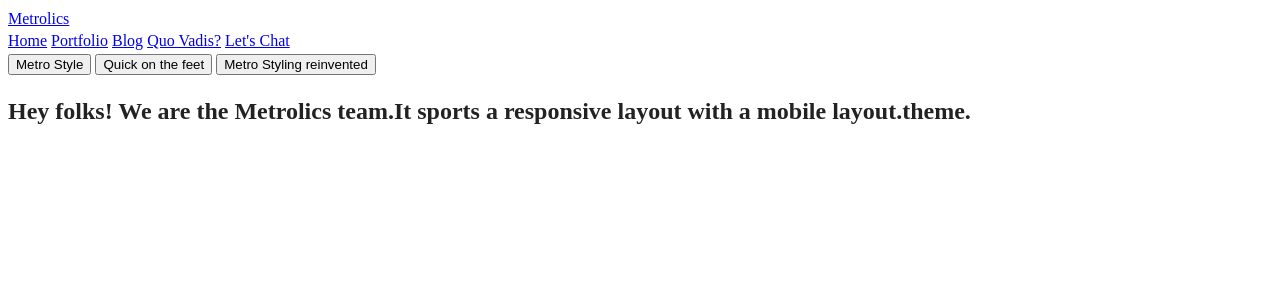
Repository: Angehyy/wk02_site
Page: index.html
An editor plug-in stored every save of this project. The page is shown before and after a run of saves, followed by the edit.
The browser window is 1280 px wide. The pictures show the whole page.

Above is the page before, as saved 2025-01-19 19:20:24.

### index.html
<!doctype html>
<html class="no-js" lang="">

<head>
  <meta charset="utf-8">
  <meta name="viewport" content="width=device-width, initial-scale=1">
  <title>Metrolics</title>
  <link rel="stylesheet" href="css/style.css">
  <meta name="description" content="Learn about Metrolics">

  <meta property="og:title" content="">
  <meta property="og:type" content="">
  <meta property="og:url" content="">
  <meta property="og:image" content="">
  <meta property="og:image:alt" content="">

  <link rel="icon" href="/favicon.ico" sizes="any">
  <link rel="icon" href="/icon.svg" type="image/svg+xml">
  <link rel="apple-touch-icon" href="icon.png">

  <link rel="manifest" href="site.webmanifest">
  <meta name="theme-color" content="#fafafa">
</head>

<body>
  <header>
    <div>
      <a href="#default">Metrolics</a>
      <div>
        <a href="#home">Home</a>
        <a href="#portfolio">Portfolio</a>
        <a href="#blog">Blog</a>
        <a href="#quovadis">Quo Vadis?</a>
        <a href="chat">Let's Chat</a>
      </div>
    </div>
  </header>

  <main>
    <div>
      <button>Metro Style</button>
      <button>Quick on the feet</button>
      <button>Metro Styling reinvented</button>
      <img src="" alt="">
    </div>

    <h2>Hey folks! We are the Metrolics team.It sports a responsive layout with a mobile layout.theme.</h2>
  </main>

  <script src="js/app.js"></script>

</body>

</html>

### css/style.css
/*! HTML5 Boilerplate v9.0.1 | MIT License | https://html5boilerplate.com/ */

/* main.css 3.0.0 | MIT License | https://github.com/h5bp/main.css#readme */
/*
 * What follows is the result of much research on cross-browser styling.
 * Credit left inline and big thanks to Nicolas Gallagher, Jonathan Neal,
 * Kroc Camen, and the H5BP dev community and team.
 */

/* ==========================================================================
   Base styles: opinionated defaults
   ========================================================================== */

html {
  color: #222;
  font-size: 1em;
  line-height: 1.4;
}

/*
 * Remove text-shadow in selection highlight:
 * https://twitter.com/miketaylr/status/12228805301
 *
 * Customize the background color to match your design.
 */

::-moz-selection {
  background: #b3d4fc;
  text-shadow: none;
}

::selection {
  background: #b3d4fc;
  text-shadow: none;
}

/*
 * A better looking default horizontal rule
 */

hr {
  display: block;
  height: 1px;
  border: 0;
  border-top: 1px solid #ccc;
  margin: 1em 0;
  padding: 0;
}

/*
 * Remove the gap between audio, canvas, iframes,
 * images, videos and the bottom of their containers:
 * https://github.com/h5bp/html5-boilerplate/issues/440
 */

audio,
canvas,
iframe,
img,
svg,
video {
  vertical-align: middle;
}

/*
 * Remove default fieldset styles.
 */

fieldset {
  border: 0;
  margin: 0;
  padding: 0;
}

/*
 * Allow only vertical resizing of textareas.
 */

textarea {
  resize: vertical;
}

/* ==========================================================================
   Author's custom styles
   ========================================================================== */

/* ==========================================================================
   Helper classes
   ========================================================================== */

/*
 * Hide visually and from screen readers
 */

.hidden,
[hidden] {
  display: none !important;
}

/*
 * Hide only visually, but have it available for screen readers:
 * https://snook.ca/archives/html_and_css/hiding-content-for-accessibility
 *
 * 1. For long content, line feeds are not interpreted as spaces and small width
 *    causes content to wrap 1 word per line:
 *    https://medium.com/@jessebeach/beware-smushed-off-screen-accessible-text-5952a4c2cbfe
 */

.visually-hidden {
  border: 0;
  clip: rect(0, 0, 0, 0);
  height: 1px;
  margin: -1px;
  overflow: hidden;
  padding: 0;
  position: absolute;
  white-space: nowrap;
  width: 1px;
  /* 1 */
}

/*
 * Extends the .visually-hidden class to allow the element
 * to be focusable when navigated to via the keyboard:
 * https://www.drupal.org/node/897638
 */

.visually-hidden.focusable:active,
.visually-hidden.focusable:focus {
  clip: auto;
  height: auto;
  margin: 0;
  overflow: visible;
  position: static;
  white-space: inherit;
  width: auto;
}

/*
 * Hide visually and from screen readers, but maintain layout
 */

.invisible {
  visibility: hidden;
}

/*
 * Clearfix: contain floats
 *
 * The use of `table` rather than `block` is only necessary if using
 * `::before` to contain the top-margins of child elements.
 */

.clearfix::before,
.clearfix::after {
  content: "";
  display: table;
}

.clearfix::after {
  clear: both;
}

/* ==========================================================================
   EXAMPLE Media Queries for Responsive Design.
   These examples override the primary ('mobile first') styles.
   Modify as content requires.
   ========================================================================== */

@media only screen and (min-width: 35em) {
  /* Style adjustments for viewports that meet the condition */
}

@media print,
  (-webkit-min-device-pixel-ratio: 1.25),
  (min-resolution: 1.25dppx),
  (min-resolution: 120dpi) {
  /* Style adjustments for high resolution devices */
}

/* ==========================================================================
   Print styles.
   Inlined to avoid the additional HTTP request:
   https://www.phpied.com/delay-loading-your-print-css/
   ========================================================================== */

@media print {
  *,
  *::before,
  *::after {
    background: #fff !important;
    color: #000 !important;
    /* Black prints faster */
    box-shadow: none !important;
    text-shadow: none !important;
  }

  a,
  a:visited {
    text-decoration: underline;
  }

  a[href]::after {
    content: " (" attr(href) ")";
  }

  abbr[title]::after {
    content: " (" attr(title) ")";
  }

  /*
   * Don't show links that are fragment identifiers,
   * or use the `javascript:` pseudo protocol
   */
  a[href^="#"]::after,
  a[href^="javascript:"]::after {
    content: "";
  }

  pre {
    white-space: pre-wrap !important;
  }

  pre,
  blockquote {
    border: 1px solid #999;
    page-break-inside: avoid;
  }

  tr,
  img {
    page-break-inside: avoid;
  }

  p,
  h2,
  h3 {
    orphans: 3;
    widows: 3;
  }

  h2,
  h3 {
    page-break-after: avoid;
  }
}

Loaded but not shown: js/app.js (no stored copy; drawn as an empty file)

After the next 2 saves:
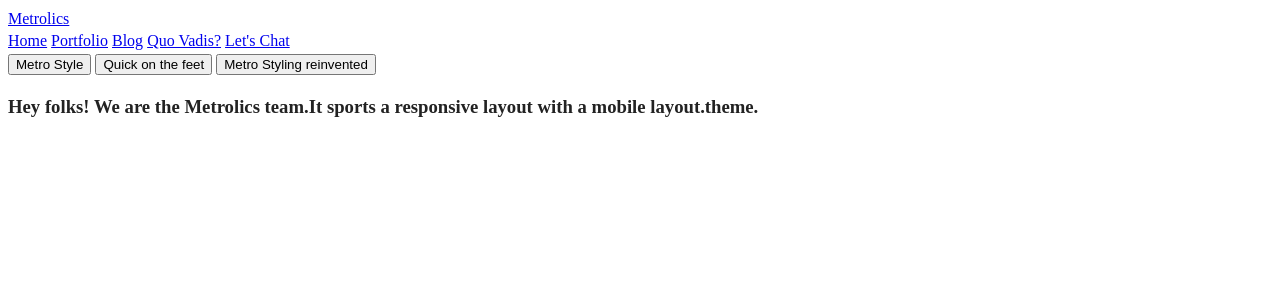
The 2 saves are shown as one change because they came seconds apart.
The last was saved 11 s later.
--- a/index.html
+++ b/index.html
@@ -44,7 +44,7 @@
       <img src="" alt="">
     </div>
 
-    <h2>Hey folks! We are the Metrolics team.It sports a responsive layout with a mobile layout.theme.</h2>
+    <h3>Hey folks! We are the Metrolics team.It sports a responsive layout with a mobile layout.theme.</h3>
   </main>
 
   <script src="js/app.js"></script>
